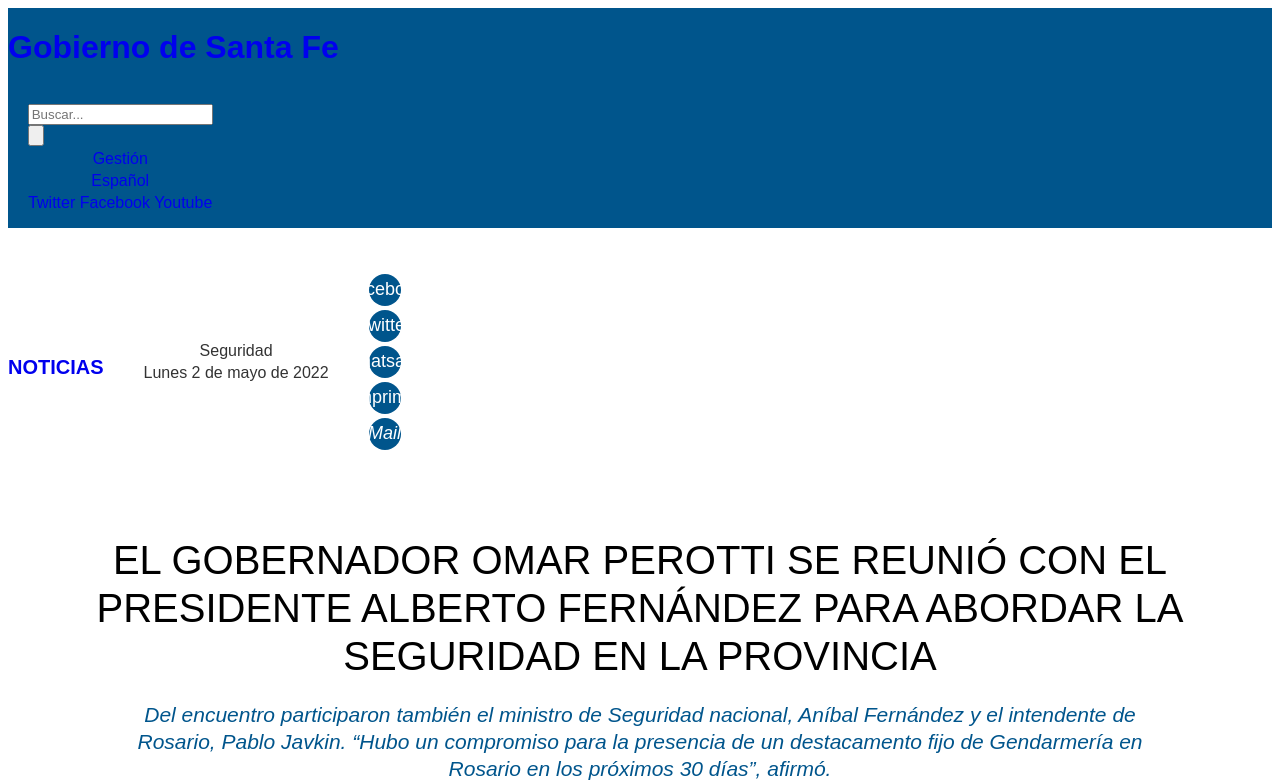
Repository: Larrowo/LPPA
Page: Clase 4/index.html
These files come from the project's save history. The page is drawn as it stood at one moment and after the next save; the edit follows.
The browser window is 1280 px wide. The pictures show the part of the page from y = 0 to 784 px (the page is 2875 px tall).
A picture or video elsewhere on the page could not be fetched, so the positions and the page height are approximate.

Above is the page before, as saved 2022-05-03 13:32:43.

After the next save:
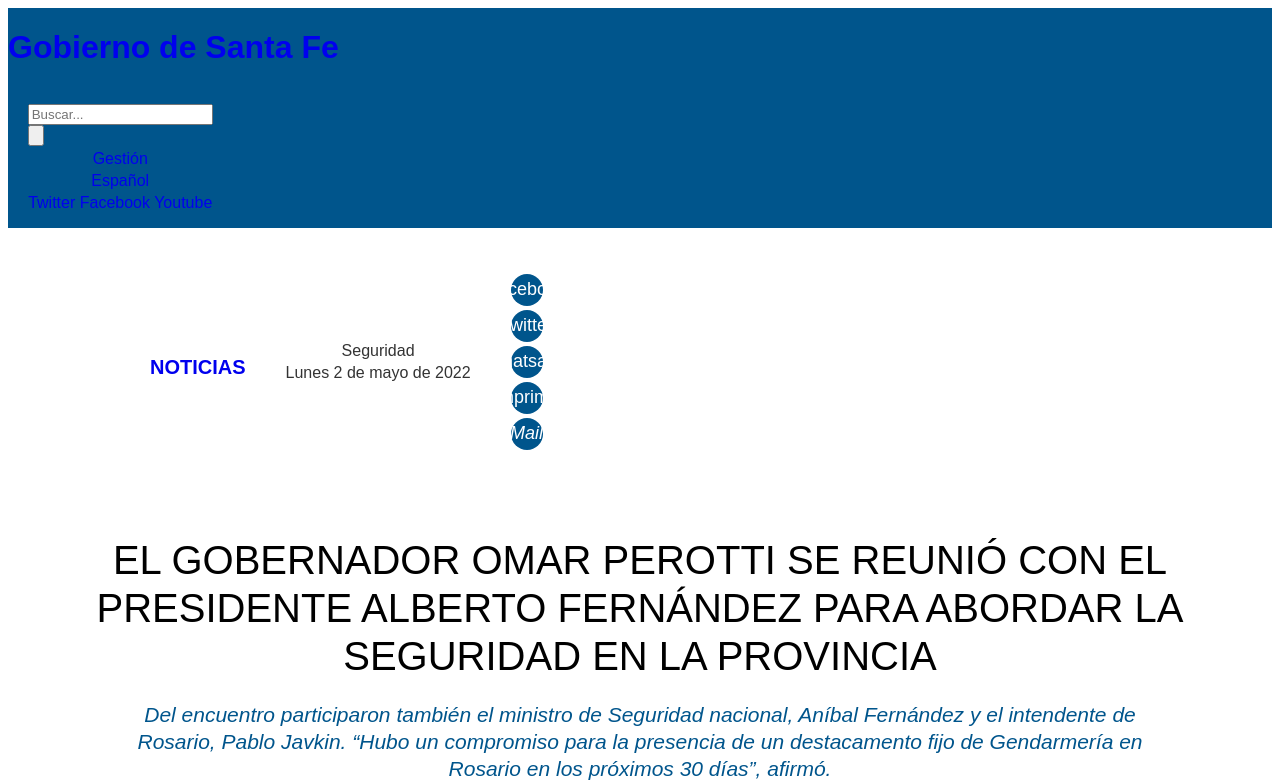
Saved 23 s later.
--- a/Clase 4/style.css
+++ b/Clase 4/style.css
@@ -51,6 +51,9 @@ h2 {
 
 #top-post.top-post-divider .container {
   position: relative;
+  max-width: 980px;
+  margin-left: auto;
+  margin-right: auto;
 }
 
 /* .container {
